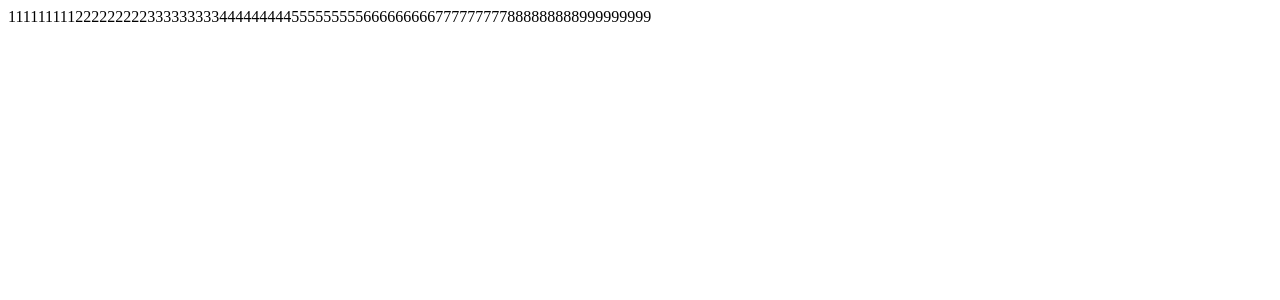
Repository: Zzl85199/111-1javaweb
Page: http://localhost/final/ninenine.jsp
These files come from the project's save history. The page is drawn as it stood at one moment and after the next save; the edit follows.
The browser window is 1280 px wide. The pictures show the whole page.
The page is served by Tomcat 9.

Above is the page before, as saved 2023-01-06 02:07:40.

After the next save:
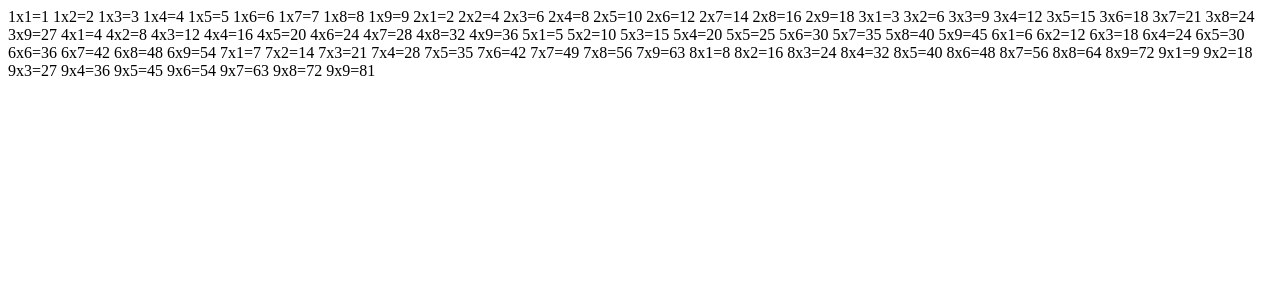
Saved 110 s later.
--- a/finalprac/final/WebContent/ninenine.jsp
+++ b/finalprac/final/WebContent/ninenine.jsp
@@ -10,7 +10,7 @@
 <%
 	for(int i=1;i<=9;i++){
 		for(int j=1;j<=9;j++){
-			out.print(i);
+			out.println(i+"x"+j+"="+i*j);
 		}
 	}
 %>
